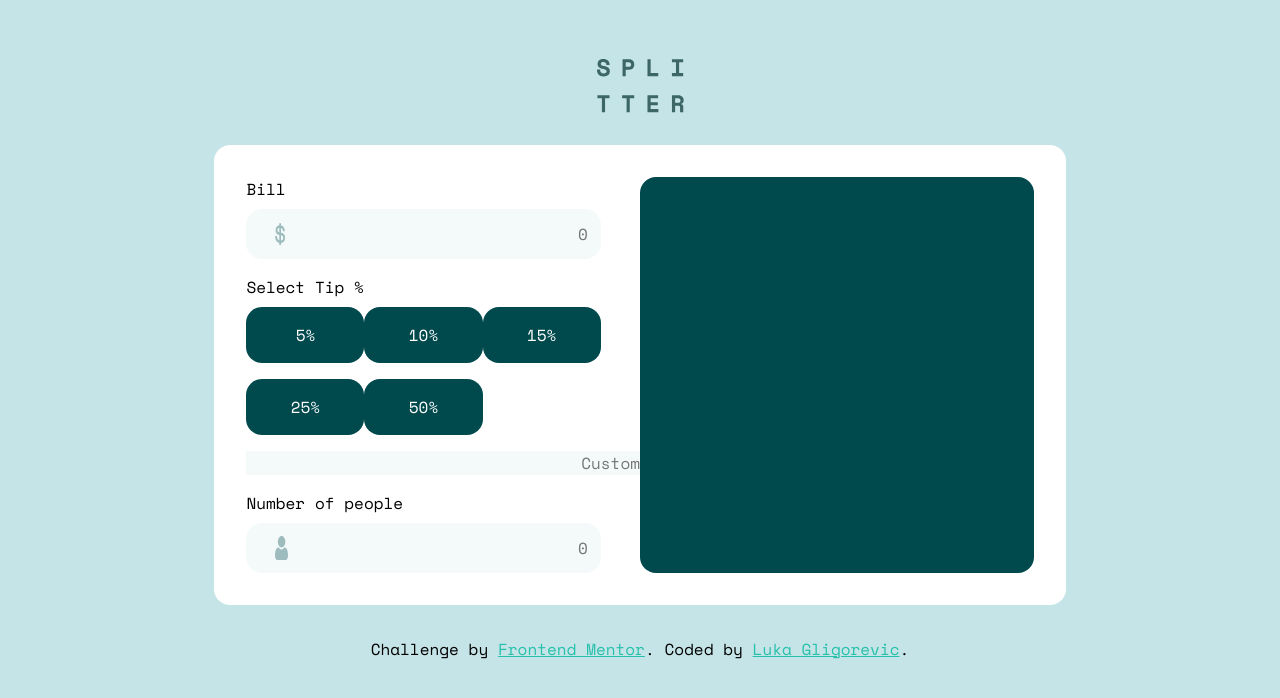
Repository: gligor99/tip-fmentor
Page: /
An editor plug-in stored every save of this project. The page is shown before and after the next save, followed by the edit.
The browser window is 1280 px wide. The pictures show the whole page.
The project was rebuilt for these pictures with package versions that can differ from the ones it lists, and the page was loaded fresh each time.

Above is the page before, as saved 2021-11-26 22:33:51.

### src/index.css
@import url("https://fonts.googleapis.com/css2?family=Space+Mono:wght@400;700&display=swap");

:root {
  --clr-primary: hsl(172, 67%, 45%);
  --clr-dark-cyan: hsl(183, 100%, 15%);
  --clr-dark-grayish-cyan: hsl(186, 14%, 43%);
  --clr-dark-grayish-cyan2: hsl(184, 14%, 56%);
  --clr-light-grayish-cyan: hsl(185, 41%, 84%);
  --clr-light-grayish-cyan2: hsl(189, 41%, 97%);
  --clr-white: hsl(0, 0%, 100%);
}

*,
::after,
::before {
  margin: 0;
  padding: 0;
  box-sizing: border-box;
}
body {
  font-family: "Space Mono", sans-serif;
  background: var(--clr-light-grayish-cyan);
  color: var(--clr-grey-1);
  line-height: 1.5;
  font-size: 1rem;
}

.App {
  display: flex;
  flex-direction: column;
  justify-content: center;
  padding: 2rem;
  max-height: 100vh;
}

.logo {
  display: flex;
  justify-content: center;
  padding: 2rem;
}

.attribution {
  font-size: 1rem;
  text-align: center;
  padding: 2rem;
}
.attribution a {
  color: var(--clr-primary);
}

.container {
  display: flex;
  justify-content: center;
  align-items: center;
  background-color: var(--clr-white);
  height: 30rem;
  width: 70%;
  margin: auto;
  padding: 2em;
  border-radius: 1rem;
}
.left-side,
.right-side {
  display: inline-block;
  height: 100%;
  width: 100%;
  border-radius: 1rem;
}
.left-side {
  background-color: var(--clr-white);
  display: flex;
  flex-direction: column;
}
.right-side {
  background-color: var(--clr-dark-cyan);
}
label {
  display: inline-block;
  margin-top: 1rem;
  margin-block-end: 0.5em;
}

label:nth-child(1) {
  margin-top: 0px;
}
.input-div {
  background-color: hsl(189, 41%, 97%);
  width: 90%;
  border-radius: 1rem;
  margin-top: 0px;
  padding: 0.8rem;
  display: flex;
}
/* Hiding arrows from number inputs */
/* Chrome, Safari, Edge, Opera */
input::-webkit-outer-spin-button,
input::-webkit-inner-spin-button {
  -webkit-appearance: none;
  margin: 0;
}

/* Firefox */
input[type="number"] {
  -moz-appearance: textfield;
}

input {
  background-color: var(--clr-light-grayish-cyan2);
  font-family: "Space Mono", monospace;
  color: var(--clr-light-grayish-cyan);
  font-size: 1rem;
  text-align: right;
  border: none;
  width: 100%;
}

.input-icon {
  padding-left: 1rem;
}

.percentage-btn,
.custom-tip,
.reset-btn {
  font-family: "Space Mono", monospace;
  font-size: 1rem;
  padding: 1rem;
  text-align: center;
}

.percentage-btn,
.custom-tip {
  width: 30%;
  border: none;
  border-radius: 1rem;
  margin-bottom: 1rem;
}

.percentage-btn {
  background-color: hsl(183, 100%, 15%);
  color: hsl(0, 0%, 100%);
}

.custom-tip {
  width: 23%;
  color: hsl(186, 14%, 43%);
  font-weight: bold;
  background-color: hsl(189, 41%, 97%);
}

.percentage-btn:hover,
.percentage-btn:focus {
  background-color: hsl(172, 67%, 45%);
  color: hsl(183, 100%, 15%);
}

@media screen and (max-width: 700px) {
  .App {
    display: flex;
    flex-direction: rows;
    justify-content: center;
    padding: 1rem;
  }
  .container {
    background-color: var(--clr-white);
    height: 30rem;
    width: 100%;
    margin: auto;
  }
  .left-side,
  .right-side {
    display: inline-block;
    height: 100%;
    width: 100%;
    padding: 2rem;
    border-radius: 1rem;
  }
  .left-side {
    background-color: whites;
  }
  .right-side {
    background-color: var(--clr-dark-cyan);
  }
}

### src/App.tsx
import Footer from "./components/Footer";
import logo from "./assets/logo.svg";
import Tipper from "./components/Tipper";

function App() {
  return (
    <div className="App">
      <div className="logo">
        <img src={logo} alt="logo" />
      </div>
      <Tipper />
      <Footer name="Luka Gligorevic" />
    </div>
  );
}

export default App;

### src/components/Footer.tsx
type Props = {
  name: String;
};

const Footer: React.FC<Props> = ({ name }) => {
  return (
    <div className="attribution">
      Challenge by{" "}
      <a
        href="https://www.frontendmentor.io?ref=challenge"
        target="_blank"
        rel="noreferrer"
      >
        Frontend Mentor
      </a>
      . Coded by <a href="https://github.com/gligor99">{name}</a>.
    </div>
  );
};

export default Footer;

### src/components/Tipper.tsx
import iconDollar from "../assets/icon-dollar.svg";
import iconPeople from "../assets/icon-person.svg";

const Tipper = () => {
  return (
    <section className="container">
      <div className="left-side">
        <form>
          <label htmlFor="bill">Bill</label>
          <div className="input-div">
            <img className="input-icon" src={iconDollar} alt="dollarIcon" />
            <input type="number" placeholder="0" />
          </div>
          <label htmlFor="select-tip">Select Tip %</label>
          <div className="buttons">
            <button className="percentage-btn" data-value="5">
              5%
            </button>
            <button className="percentage-btn" data-value="5">
              10%
            </button>
            <button className="percentage-btn" data-value="5">
              15%
            </button>
            <button className="percentage-btn" data-value="5">
              25%
            </button>
            <button className="percentage-btn" data-value="5">
              50%
            </button>
            <input type="number" placeholder="Custom" />
          </div>
          <label htmlFor="no-of-people">Number of people</label>
          <div className="input-div">
            <img className="input-icon" src={iconPeople} alt="personIcon" />
            <input type="number" placeholder="0" />
          </div>
        </form>
      </div>
      <div className="right-side"></div>
    </section>
  );
};

export default Tipper;

Loaded but not shown: public/index.html (common file); src/index.tsx (common file)

After the next save:
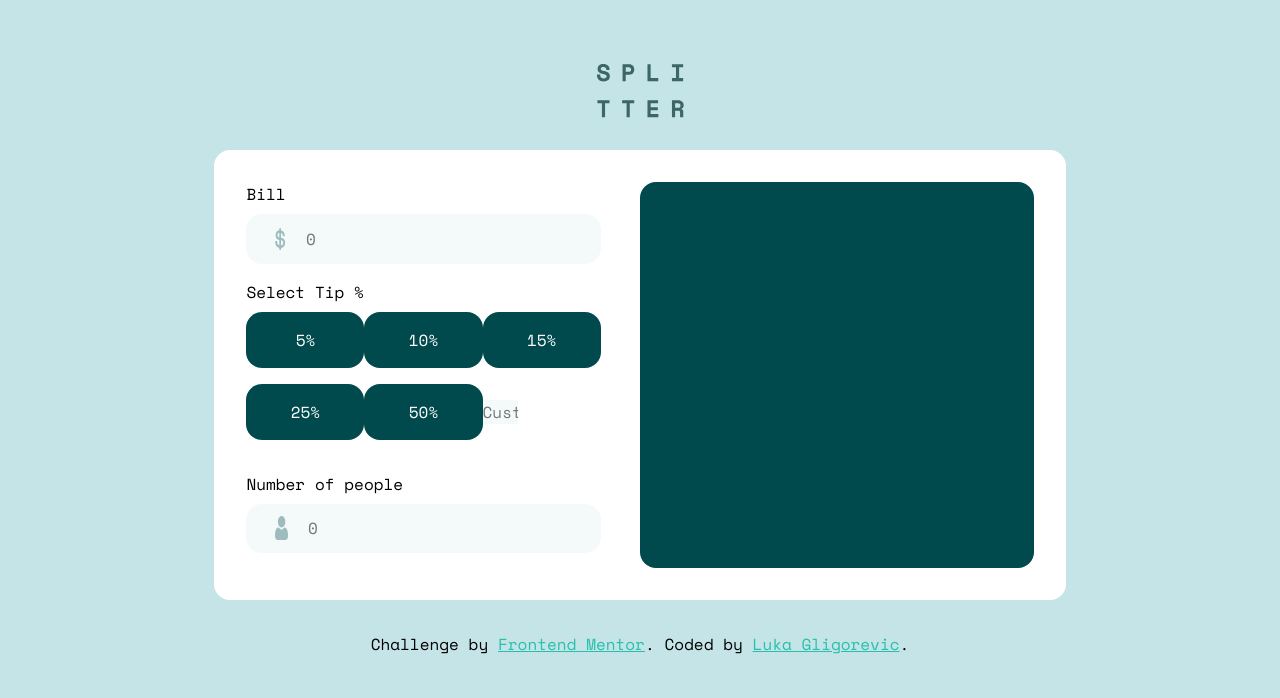
Saved 9 s later.
--- a/src/index.css
+++ b/src/index.css
@@ -111,7 +111,7 @@
   font-size: 1rem;
   text-align: right;
   border: none;
-  width: 100%;
+  width: 9%;
 }
 
 .input-icon {

After the save that followed:
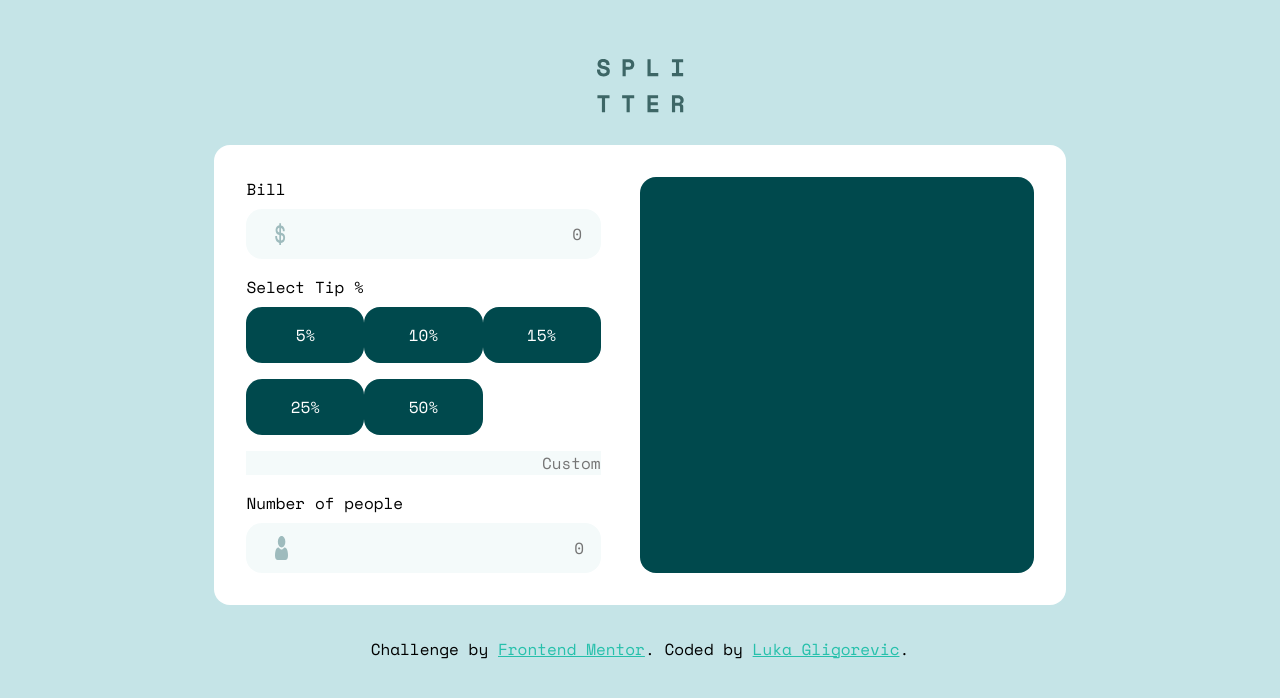
Saved 7 s later.
--- a/src/index.css
+++ b/src/index.css
@@ -111,7 +111,7 @@
   font-size: 1rem;
   text-align: right;
   border: none;
-  width: 9%;
+  width: 90%;
 }
 
 .input-icon {
